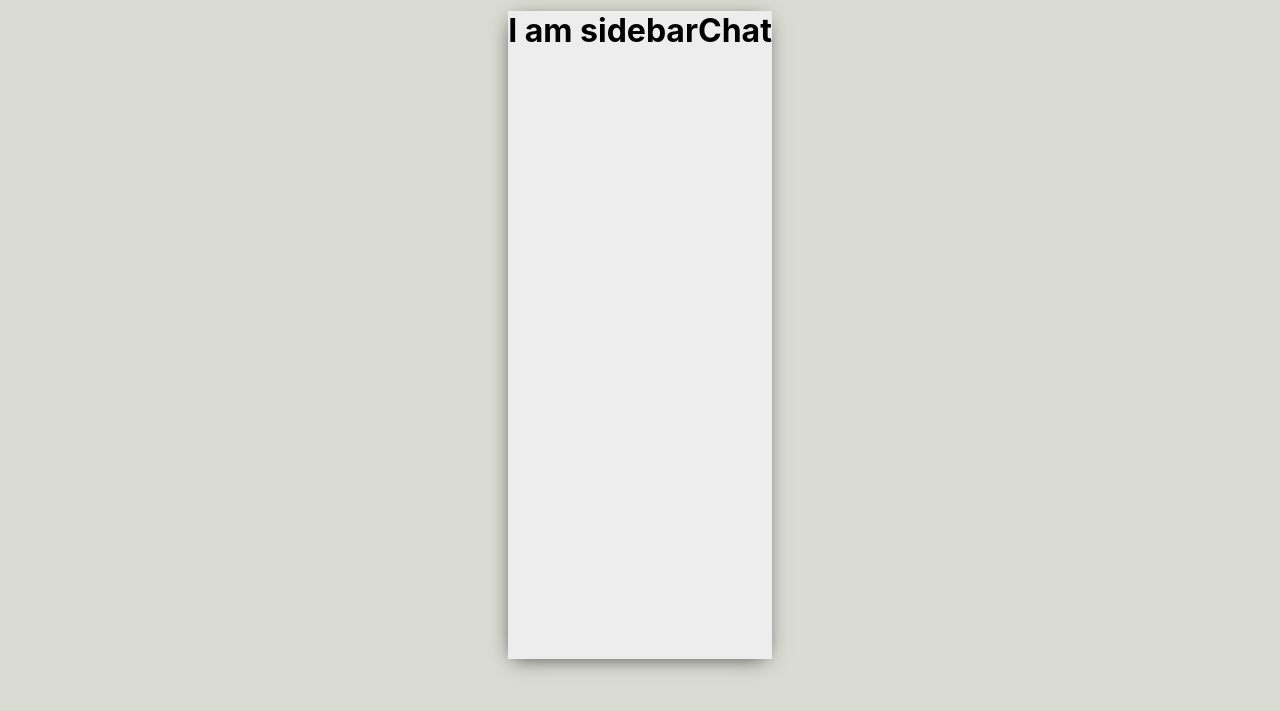
Repository: nadavmza/whatsapp-mern
Page: /
An editor plug-in stored every save of this project. The page is shown before and after a run of saves, followed by the edit.
The browser window is 1280 px wide. The pictures show the whole page.
The project was rebuilt for these pictures with package versions that can differ from the ones it lists, and the page was loaded fresh each time. Also part of the build but not shown: src/Chat.css.

Above is the page before, as saved 2021-12-21 23:45:04.

After the next 18 saves:
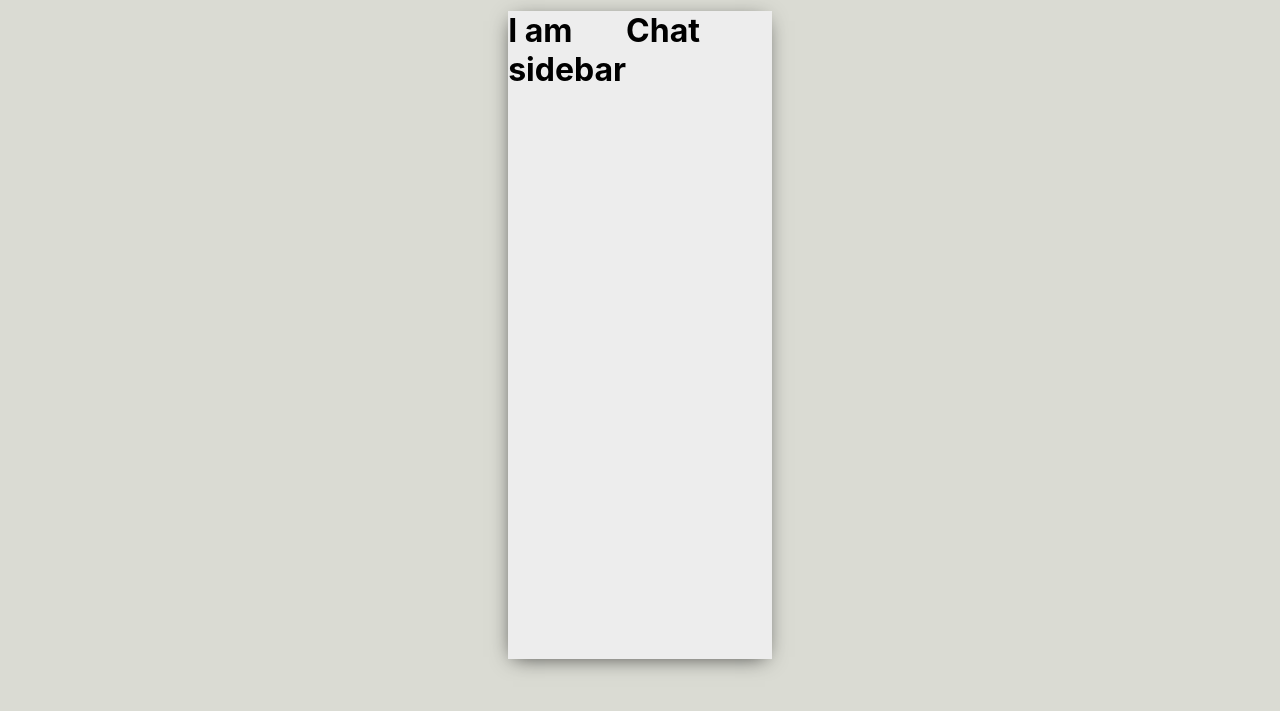
The 18 saves are shown as one change because they came seconds apart.
The last was saved 55 s later.
--- a/src/Sidebar.css
+++ b/src/Sidebar.css
@@ -1 +1,5 @@
-.sid
+.sidebar{
+    display:flex;
+    flex-direction: column;
+    flex:0.35;
+}
